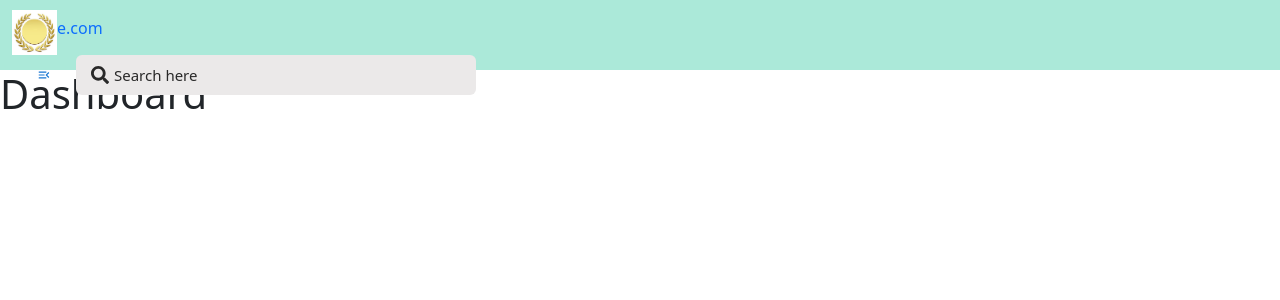
Repository: gautamsonam011/admin-react-dashboard
Page: /
The author's editor kept a copy of each file at every save. The page is drawn from the files as they stood at one save, then again after the next save.
The browser window is 1280 px wide. The pictures show the whole page.
The project was rebuilt for these pictures with package versions that can differ from the ones it lists, and the page was loaded fresh each time.

Above is the page before, as saved 2025-04-14 13:28:36.

### src/App.js
import { BrowserRouter, Routes, Route } from 'react-router-dom';
import './App.css';
import 'bootstrap/dist/css/bootstrap.min.css';
import Dashboard from './pages/Dashboard/Dashboard';
import Header from "./components/Header/index";
function App() {
  return (
    <BrowserRouter>
    <Header/>
    <Routes>
      <Route path = "/" exact={true} element={<Dashboard/>} />
    </Routes>
    </BrowserRouter>
  );
}

export default App;

### src/App.css
@import url('https://fonts.googleapis.com/css2?family=Ubuntu:ital,wght@0,300;0,400;0,500;0,700;1,300;1,400;1,500;1,700&display=swap');

body{
  font-family: "Ubuntu", sans-serif;
  background-color: #ebe9e9;

}

header{
  width:100%;
  height: 70px;
  background-color:#abe9d9;
}
header .logo{
  text-decoration: none;
}
header .logo img{
  margin-top: 10px;
  width:45px;

}

header .logo span{
color: coral;
font-weight: bolder;
font-size: 24px;
}
header button .rounded-circle{min-width:40px !important; width:40px !important; height: 40px !important; background-color:#f0f5ff !important}
header button .rounded-circle svg{color:rgb(29, 27, 27); font-size: 18px !important;}
.searchBox{width:400px; height: 40px; background-color:#ebe9e9; border-radius: 6px;padding: 3px 15px;}
.searchBox input{background: transparent;border:0px; outline:none; padding-left: 5px; font-size: 15px; color:#292929}
.searchBox input::-webkit-input-placeholder{color:#292929}
.searchBox svg{font-size: 18px; color:#292929 ;}

### src/pages/Dashboard/Dashboard.jsx
const Dashboard = () =>{
    return (
        <>
        <h1>Dashboard</h1>
        </>
    )
}

export default Dashboard;

### src/components/Header/index.jsx
import {Link} from "react-router-dom";
import logo from "../../assests/images/logo.jpg";
import Button from '@mui/material/Button';
import { MdMenuOpen } from "react-icons/md";
import { MdOutlineMenu } from "react-icons/md";
import SearchBox from "../SearchBox";


const Header = () =>{
    return (
        <>
        <header>
            <div className="container-fluid">
                <div className="row d-flex align-items-center w-100">
                    {/* logo */}
                    <div className="col-sm-2">
                        <Link to="/" className="d-flex align-items-center logo">
                        <img src={logo} alt="logo"/>
                        <spam className="ml-2">e.com</spam>
                        </Link>
                    </div>
                    <div className="col-sm3 d-flex align-items-center pl-4">
                    <Button className="rounded-circle"><MdMenuOpen/></Button>
                    <SearchBox/>
                    </div>
                    <div>

                    </div>
                </div>
            </div>
        </header>
        </>
    )
}

export default Header

### src/components/SearchBox.jsx
import { FaSearch } from "react-icons/fa";

const SearchBox = () =>{
    return (
        <div className="searchBox position-relative d-flex align-items-center">
            <FaSearch className="mr-2" />
            <input type="text" placeholder="Search here"  />
        </div>
    )
}

export default SearchBox;

Loaded but not shown: public/index.html (common file); src/index.js (common file); src/reportWebVitals.js (common file)

After the next save:
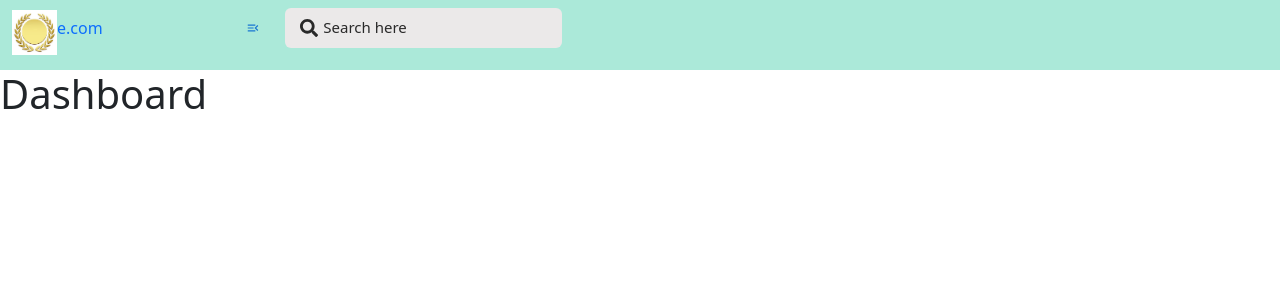
Saved 27 s later.
--- a/src/components/Header/index.jsx
+++ b/src/components/Header/index.jsx
@@ -19,7 +19,7 @@ const Header = () =>{
                         <spam className="ml-2">e.com</spam>
                         </Link>
                     </div>
-                    <div className="col-sm3 d-flex align-items-center pl-4">
+                    <div className="col-sm-3 d-flex align-items-center pl-4">
                     <Button className="rounded-circle"><MdMenuOpen/></Button>
                     <SearchBox/>
                     </div>
